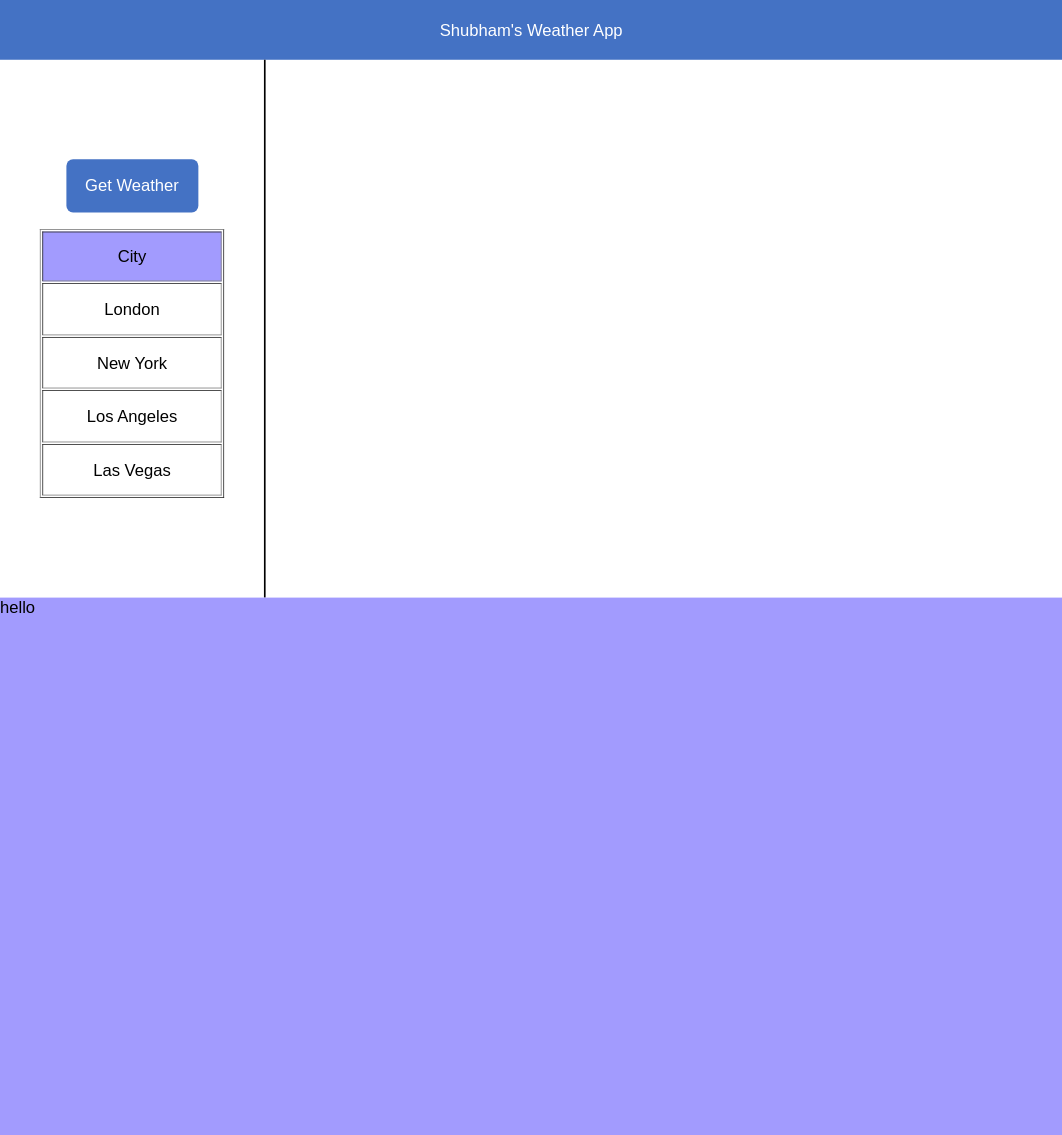
Repository: hey-shubham/WeatherAPI
Page: index.html
These files come from the project's save history. The page is drawn as it stood at one moment and after the next save; the edit follows.
The browser window is 1280 px wide. The pictures show the whole page, at 83% of full size.

Above is the page before, as saved 2022-03-28 21:02:56.

### index.html
<!DOCTYPE html>
<html lang="en">
  <head>
    <meta charset="UTF-8" />
    <meta http-equiv="X-UA-Compatible" content="IE=edge" />
    <meta name="viewport" content="width=device-width, initial-scale=1.0" />
    <title>Weather API</title>
    <script src="script.js" defer></script>
    <link rel="stylesheet" href="style.css" />
  </head>
  <body>
    <div class="weather-app">
      <header>Shubham's Weather App</header>
      <main>
        <aside>
          <button>Get Weather</button>
          <table border="1">
            <thead>
              <tr>
                <td>City</td>
              </tr>
            </thead>
            <tbody>
              <tr>
                <td>London</td>
              </tr>
              <tr>
                <td>New York</td>
              </tr>
              <tr>
                <td>Los Angeles</td>
              </tr>
              <tr>
                <td>Las Vegas</td>
              </tr>
            </tbody>
          </table>
        </aside>
        <div class="content">hello</div>
      </main>
    </div>
  </body>
</html>

### style.css

*{
    margin: 0;
    padding: 0;
    box-sizing: border-box;
    font-family: sans-serif;
    font-size: 20px;
}
html,body{
    height: 100vh;
    width: 100vw;
}
.weather-app header{
    height: 10vh;
    background-color: #4472C4;
    display: flex;
    justify-content: center;
    align-items: center;
    color: #ffffff;
}
.weather-app main{
    height: 90vh;
    /* background-color: blue; */
}
.weather-app aside{
    height: 100%;
    width: 25%;
    border-right: 2px solid black;
    /* background-color: red; */
    display: flex;
    flex-direction: column;
    justify-content: center;
    align-items: center;
}
.weather-app aside button{
    height: 10%;
    width: 50%;
    border-radius: 8px;
    border-style: none;
    color: white;
    background-color: #4472C4;
    margin-bottom: 1rem;
}
aside table{
    height: 50%;
    width: 70%;
}
aside thead td{
    height: 3rem;
    background-color: #a29bfe;

}
aside td{
    text-align: center;
}
.weather-app .content{
    height: 100%;
    background-color: #a29bfe;
}

Loaded but not shown: script.js (no copy from this time; the picture is the same without it)

After the next save:
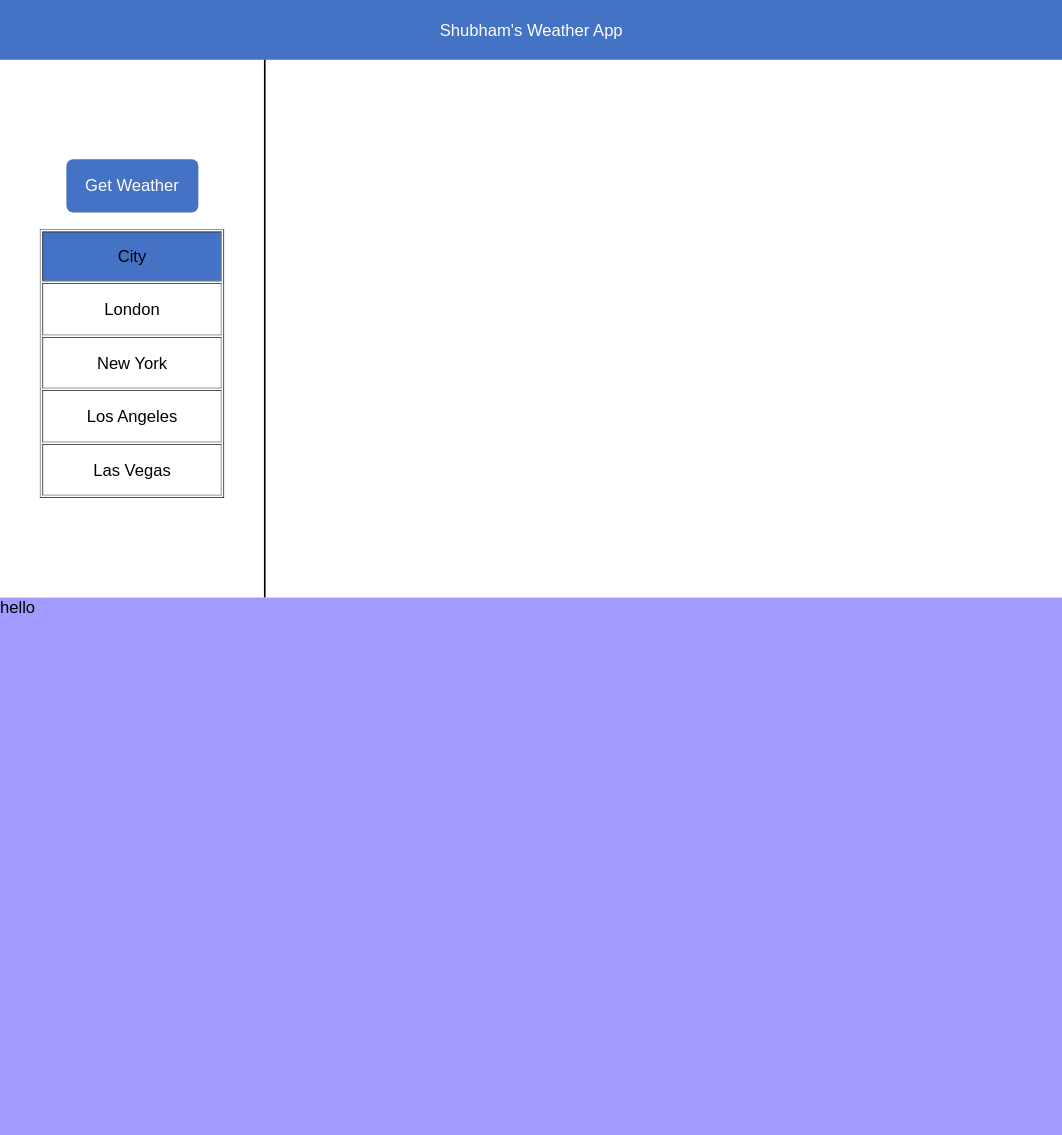
Saved 7 s later.
--- a/style.css
+++ b/style.css
@@ -47,7 +47,7 @@ aside table{
 }
 aside thead td{
     height: 3rem;
-    background-color: #a29bfe;
+    background-color: #4472C4;
 
 }
 aside td{
